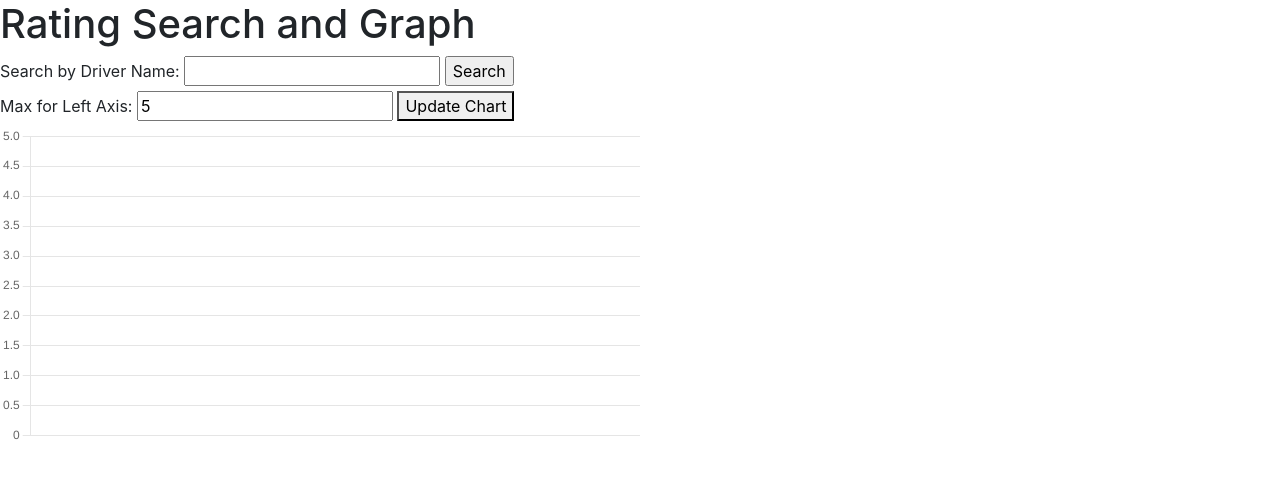
Repository: adrcstro/TrackingManagement
Page: http://localhost/tcpdf/Loginsystem/fetchdata.php
The author's editor kept a copy of each file at every save. The page is drawn from the files as they stood at one save, then again after the next save.
The browser window is 1280 px wide. The pictures show the whole page.
Some web libraries are served in a nearby version. The page is run by PHP 8.4 with error messages shown; the project is at /var/www/html/. Queries for data that is not in the repository find no rows.

Above is the page before, as saved 2023-11-24 18:24:35.
Console error: TypeError: Cannot read properties of null (reading 'addEventListener')

### Loginsystem/fetchdata.php
<!DOCTYPE html>
<html lang="en">
<head>
    <meta charset="UTF-8">
    <meta name="viewport" content="width=device-width, initial-scale=1.0">
    <link href="https://maxcdn.bootstrapcdn.com/bootstrap/4.5.2/css/bootstrap.min.css" rel="stylesheet">
    <link href="https://cdnjs.cloudflare.com/ajax/libs/font-awesome/5.15.1/css/all.min.css" rel="stylesheet"> <!-- Font Awesome -->
    <script src="https://cdn.jsdelivr.net/npm/chart.js"></script>

    <style>
        .card {
            transition: transform 0.3s;
            position: relative;
            box-shadow: 0 4px 8px rgba(0, 0, 0, 0.1);
            height: 100%;
        }

        .card:hover {
            transform: scale(1.05);
            box-shadow: 0 8px 16px rgba(0, 0, 0, 0.2);
        }

        .card-img-top {
            object-fit: cover;
            height: 250px;
            width: 100%;
        }

        .card-body {
            padding-bottom: 40px; /* Adjust padding to accommodate the button */
        }

        .card-title {
            height: -3rem; /* Limit the height of the title */
            overflow: hidden;
        }

        .card-text {
            max-height: 6rem; /* Limit the height of the description */
            overflow: hidden;
        }

        .read-more-modal {
            max-width: 800px; /* Adjust the width of the modal */
        }
    </style>
    <title>News and Events</title>
</head>
<body>


<h1>Rating Search and Graph</h1>

<form method="post" action="">
    <label for="search">Search by Driver Name:</label>
    <input type="text" name="search" id="search">
    <input type="submit" value="Search">

</form>



<!-- Input field for max value of left axis -->
<label for="maxLeft">Max for Left Axis:</label>
<input type="number" name="maxLeft" id="maxLeft" value="5">

<button onclick="updateChart()">Update Chart</button>

</div>
<div style="width: 50%;">
    <canvas id="myChart"></canvas>
</div>


<?php
// Connect to your database
$servername = "localhost"; // Replace with your server name
$username = "root"; // Replace with your username
$password = ""; // Replace with your password
$dbname = "plate-to-place-v-tracking";

$conn = new mysqli($servername, $username, $password, $dbname);

// Check connection
if ($conn->connect_error) {
    die("Connection failed: " . $conn->connect_error);
}

// Function to fetch data from the rating table based on the search term
function fetchData($conn, $searchTerm) {
    $sql = "SELECT DriverName, Rate FROM rating WHERE DriverName LIKE '%$searchTerm%'";
    $result = $conn->query($sql);

    $data = array();
    if ($result->num_rows > 0) {
        while ($row = $result->fetch_assoc()) {
            $data[] = $row;
        }
    }

    return $data;
}

// Process search form submission
if ($_SERVER["REQUEST_METHOD"] == "POST") {
    $searchTerm = $_POST["search"];
    $data = fetchData($conn, $searchTerm);
} else {
    // If no search term, initialize with an empty array
    $data = array();
}

// Close the database connection
$conn->close();
?>

<script>
// Prepare data for Chart.js
var data = <?php echo json_encode($data); ?>;

// Create an object to count the occurrences of each rating for each driverName
var ratingCounts = {};

data.forEach(function(item) {
    var driverName = item.DriverName;
    var rate = item.Rate;

    // Initialize the count for the driverName if not already present
    if (!ratingCounts[driverName]) {
        ratingCounts[driverName] = [0, 0, 0, 0, 0]; // Index 0 represents rating 1, index 4 represents rating 5
    }

    // Increment the count for the corresponding rating
    ratingCounts[driverName][rate - 1]++;
});

// Prepare labels and data for the chart
var labels = Object.keys(ratingCounts);
var datasets = [];

// Iterate through each driverName and create a dataset for the bar graph
labels.forEach(function(driverName) {
    var counts = ratingCounts[driverName];

    datasets.push({
        label: driverName,
        data: counts,
        backgroundColor: getRandomColor(), // Function to get a random color for each driverName
        borderColor: 'rgba(75, 192, 192, 1)',
        borderWidth: 1
    });
});

// Default max value for left axis
var maxLeft = 5;

// Declare myChart outside the function
var myChart;

// Draw the initial bar chart
drawChart();

// Function to draw or update the bar chart
function drawChart() {
    var ctx = document.getElementById('myChart').getContext('2d');
    myChart = new Chart(ctx, {
        type: 'bar',
        data: {
            labels: ['Unsatisfactory/Very Poor', 'Poor', 'Satisfactory/Fair', 'Good', 'Excellent'], // Ratings 1 to 5
            datasets: datasets
        },
        options: {
            scales: {
                y: {
                    beginAtZero: true,
                    stepSize: 1,
                    max: maxLeft
                }
            }
        }
    });
}

// Function to generate a random color
function getRandomColor() {
    var letters = '0123456789ABCDEF';
    var color = '#';
    for (var i = 0; i < 6; i++) {
        color += letters[Math.floor(Math.random() * 16)];
    }
    return color;
}

// Function to update the chart based on user input
function updateChart() {
    // Get value from input field
    maxLeft = parseInt(document.getElementById('maxLeft').value);

    // Destroy the existing chart and redraw with updated options
    myChart.destroy();
    drawChart();
}
</script>









<div class="container mt-5 mb-5">
    <div class="row">
    <?php
        // Replace these with your actual database connection details
        $host = "localhost";
        $username = "root";
        $password = "";
        $database = "plate-to-place-v-tracking";

        // Create a database connection
        $your_db_connection = mysqli_connect($host, $username, $password, $database);

        // Check the connection
        if (!$your_db_connection) {
            die("Connection failed: " . mysqli_connect_error());
        }

        // Fetch data from the "newsandevents" table
        $query = "SELECT id, Username, Age, Password, PermittoOperate,PhoneNumber,HomeAddress FROM driverstbl";
        $result = mysqli_query($your_db_connection, $query);

        // Check if the query was successful
        if ($result) {
            // Fetch data row by row
            while ($row = mysqli_fetch_assoc($result)) {
                $drivername = $row['Username'];
                $ViehicleNumber = $row['Age'];
                $PlateNumber = $row['Password'];
                $image = $row['PermittoOperate'];
                $phone = $row['PhoneNumber'];
                $home = $row['HomeAddress'];

                // Display data in Bootstrap cards
                echo '<div class="col-md-4 mb-5">';
                echo '<div class="card">';
                echo '<img src="uploads/' . $image . '" class="card-img-top" alt="Card Image">';
                echo '<div class="card-body text-center">';

                // Displaying the driver information
                // Existing code

echo '<h6 class="card-title">Drivers Name: <span style="font-weight:normal;">' . $drivername . '</span></h6>';
echo '<h6 class="card-title">Vehicle Number: <span style="font-weight:normal;">' . $ViehicleNumber . '</span></h6>';
echo '<h6 class="card-title">Plate Number: <span style="font-weight:normal;">' . $PlateNumber . '</span></h6>';
echo '<h6 class="card-title">Phone Number: <span style="font-weight:normal;">' . $phone . '</span></h6>';
echo '<h6 class="card-title">Home Address: <span style="font-weight:normal;">' . $home . '</span></h6>';








echo '<button class="btn btn-primary rounded-pill mt-3 mr-3" data-toggle="modal" data-target="#ratingsModal"><i class="fas fa-star"></i> Ratings</button>';
echo '<button class="btn btn-secondary rounded-pill mt-3" data-toggle="modal" data-target="#commentsModal"><i class="fas fa-comments"></i> Comments</button>';


                echo '</div>';
                echo '</div>';
                echo '</div>';
            }

            // Free result set
            mysqli_free_result($result);
        } else {
            // Handle the error if the query fails
            echo "Error: " . mysqli_error($your_db_connection);
        }

        // Close the database connection
        mysqli_close($your_db_connection);
    ?>
    </div>
</div>

<script src="https://code.jquery.com/jquery-3.5.1.slim.min.js"></script>
<script src="https://cdn.jsdelivr.net/npm/@popperjs/core@2.5.3/dist/umd/popper.min.js"></script>
<script src="https://maxcdn.bootstrapcdn.com/bootstrap/4.5.2/js/bootstrap.min.js"></script>
<script src="https://kit.fontawesome.com/your-font-awesome-kit-id.js" crossorigin="anonymous"></script>
<script>
    // Initialize Bootstrap tooltips
    $(function () {
        $('[data-toggle="tooltip"]').tooltip();
    });
</script>

<script>
    document.addEventListener("DOMContentLoaded", function() {
        const searchInput = document.getElementById("SearchDriver");
        const searchResults = document.getElementById("searchResults");

        searchInput.addEventListener("input", function() {
            const searchText = searchInput.value.toLowerCase();
            if (searchText.length > 0) {
                fetch(`fetchdatadetails.php?search=${searchText}`)
                    .then(response => response.text())
                    .then(data => {
                        searchResults.innerHTML = data;
                    })
                    .catch(error => {
                        console.error('Error:', error);
                    });
            } else {
                searchResults.innerHTML = "";
            }
        });
    });
</script>
</body>
</html>

After the next save:
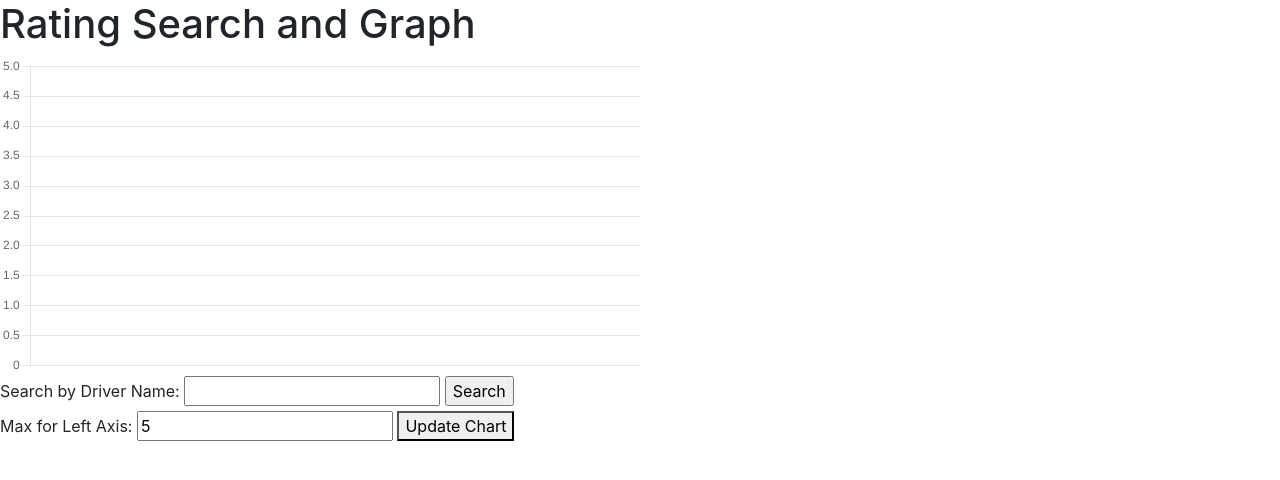
Saved 58 s later.
--- a/Loginsystem/fetchdata.php
+++ b/Loginsystem/fetchdata.php
@@ -50,6 +50,9 @@
 
 
 <h1>Rating Search and Graph</h1>
+<div style="width: 50%;">
+    <canvas id="myChart"></canvas>
+</div>
 
 <form method="post" action="">
     <label for="search">Search by Driver Name:</label>
@@ -66,9 +69,6 @@
 
 <button onclick="updateChart()">Update Chart</button>
 
-</div>
-<div style="width: 50%;">
-    <canvas id="myChart"></canvas>
 </div>
 
 
